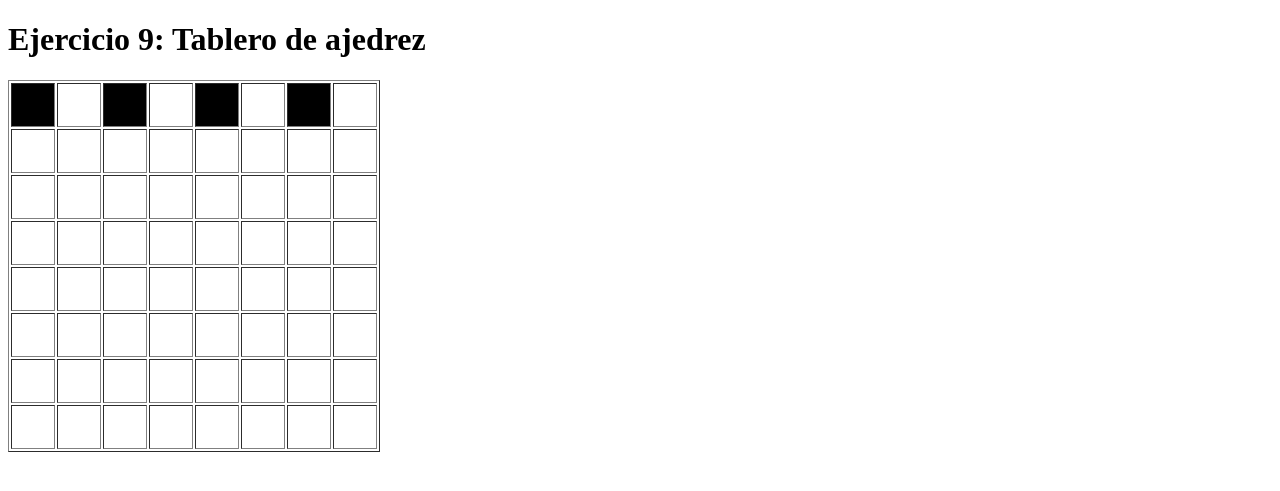
Repository: Ibizus/ejercicios_JSP
Page: http://localhost/ejercicios_Hector/ejercicio9/main.jsp
These files come from the project's save history. The page is drawn as it stood at one moment and after the next save; the edit follows.
The browser window is 1280 px wide. The pictures show the whole page.
The page is served by Tomcat 9.

Above is the page before, as saved 2023-11-15 17:55:20.

### ejercicios_Hector/src/main/webapp/ejercicio9/main.jsp
<%@ page language="java" contentType="text/html; charset=UTF-8"
    pageEncoding="UTF-8"%>
<!DOCTYPE html>
<html>
<head>
<meta charset="UTF-8">
<title>Ejercicio 9</title>
</head>
<body>
	<h1>Ejercicio 9: Tablero de ajedrez</h1>

	<table border=1>
	<%
	for(int i=0; i<8; i++){
	%>
		<tr>
		<% for(int j=0; j<8; j++){
		%>
			<td width="40px" height="40px" bgcolor="
				<%
				if(i+j %2 == 0){
				%>
					black">
				<%
				}else{
				%>
					white">
				<%
				}
				%>

			</td>
			<%
			}
			%>
		</tr>
	<%
	}
	%>
	</table>

</body>
</html>

After the next save:
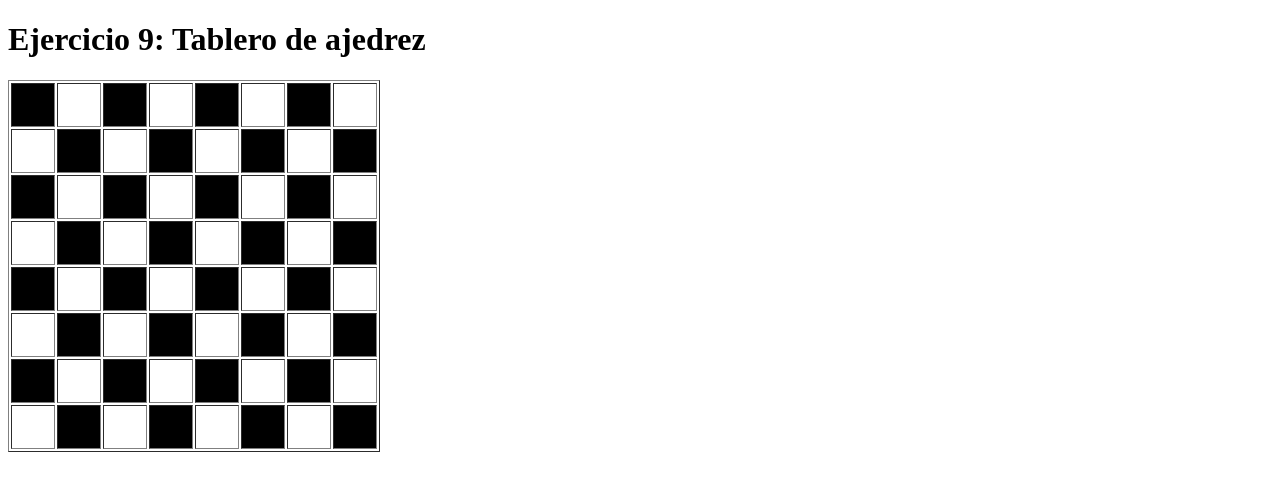
Saved 37 s later.
--- a/ejercicios_Hector/src/main/webapp/ejercicio9/main.jsp
+++ b/ejercicios_Hector/src/main/webapp/ejercicio9/main.jsp
@@ -18,7 +18,7 @@
 		%>
 			<td width="40px" height="40px" bgcolor="
 				<%
-				if(i+j %2 == 0){
+				if((i+j) %2 == 0){
 				%>
 					black">
 				<%
